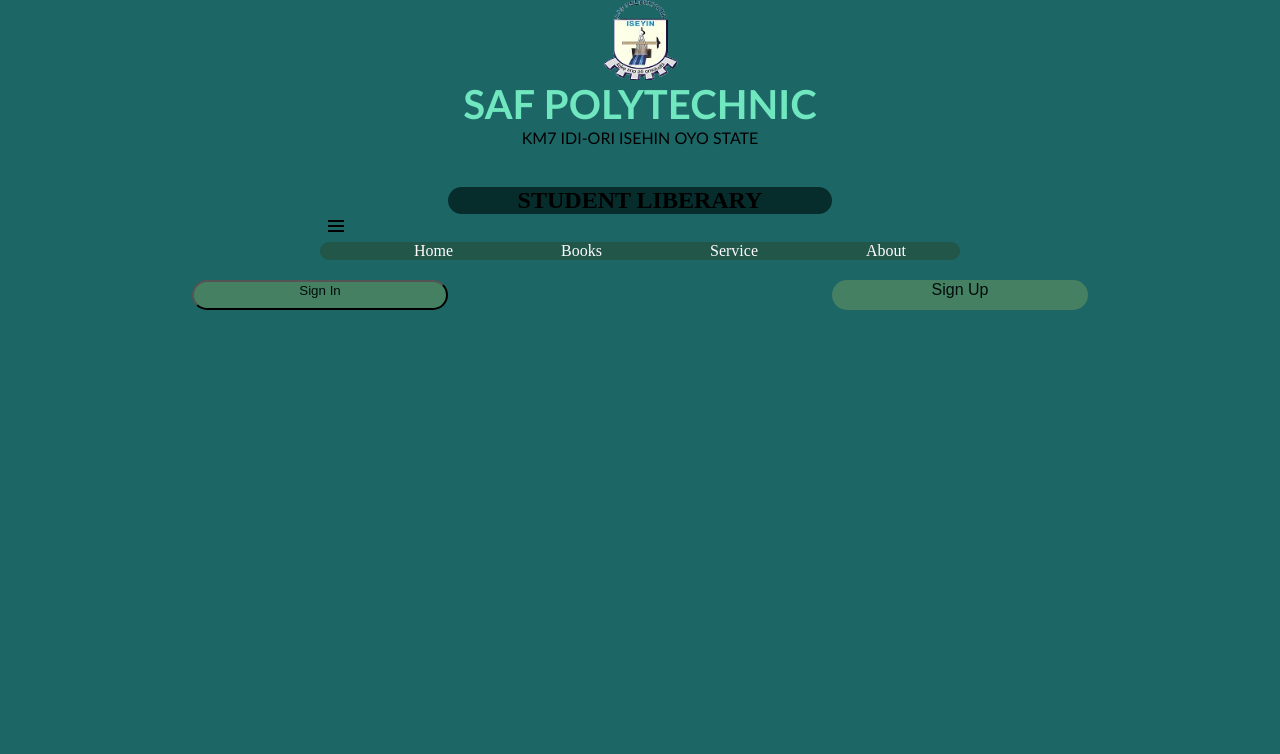
Repository: makinwademila/new-html
Page: index.html
An editor plug-in stored every save of this project. The page is shown before and after the next save, followed by the edit.
The browser window is 1280 px wide. The pictures show the whole page.

Above is the page before, as saved 2025-03-04 19:13:19.
Console error: ReferenceError: e is not defined

After the next save:
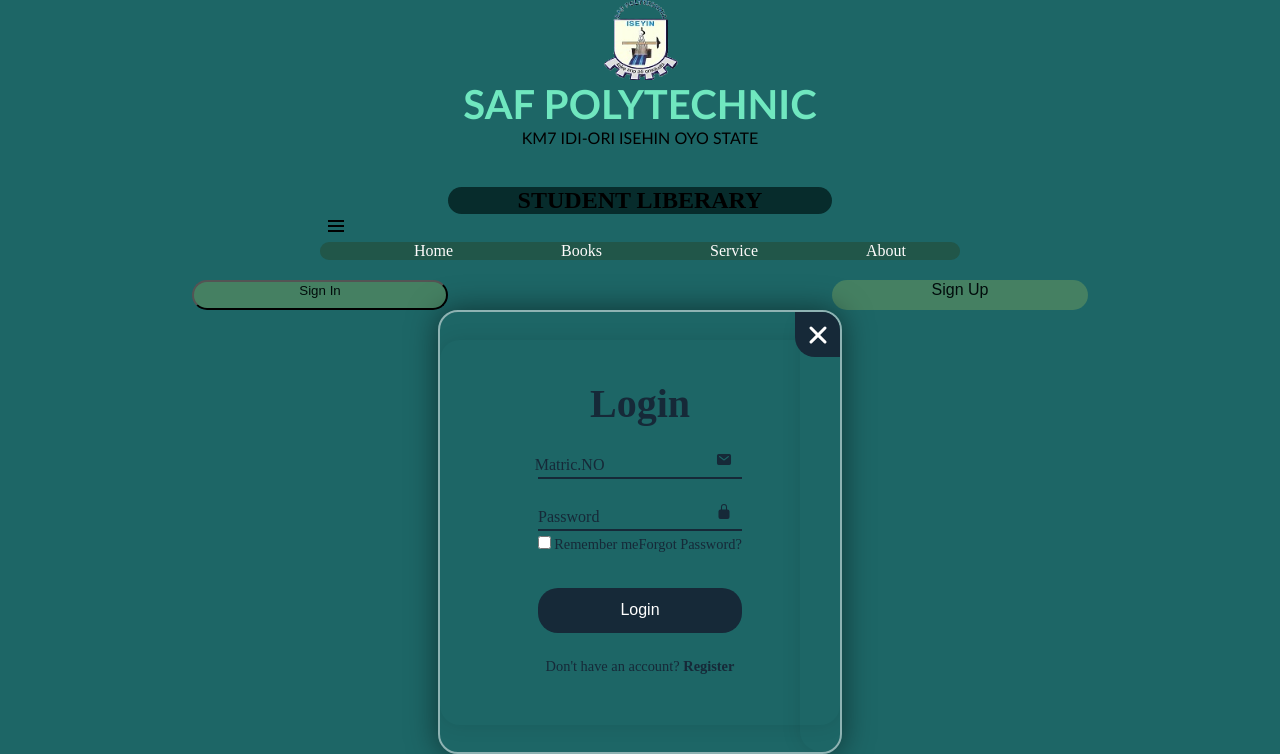
Saved 18 h 12 min later.
--- a/style.css
+++ b/style.css
@@ -206,7 +206,7 @@
     align-items: center;
     transition: transform .5s ease height .2 ease;
     overflow: hidden;
-    transform: scale(0);
+    transform: scale(1);
 }
 
 .header {
@@ -215,7 +215,7 @@
 }
 
 .header.active-popup {
-    transform: ;
+    transform: scale(0);
 }
 
 .wrapper.active-popup {

After the save that followed:
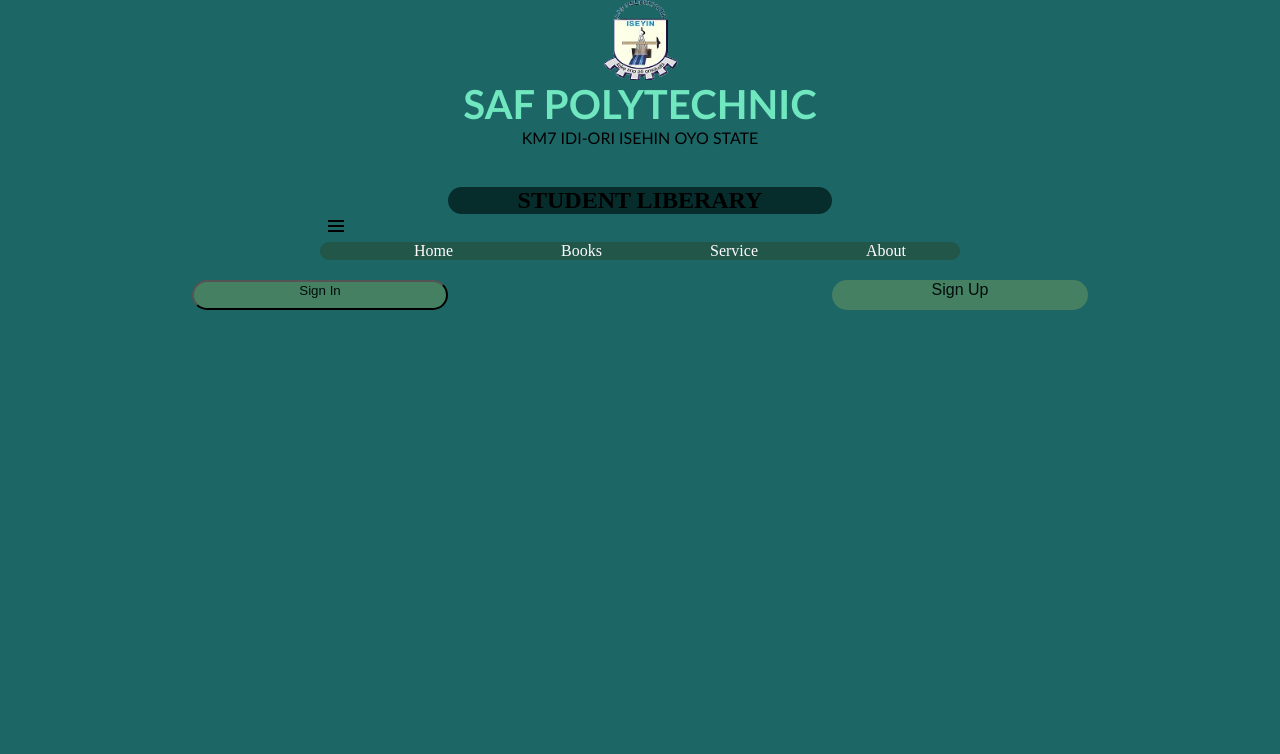
Saved 27 s later.
--- a/style.css
+++ b/style.css
@@ -206,7 +206,7 @@
     align-items: center;
     transition: transform .5s ease height .2 ease;
     overflow: hidden;
-    transform: scale(1);
+    transform: scale(0);
 }
 
 .header {
